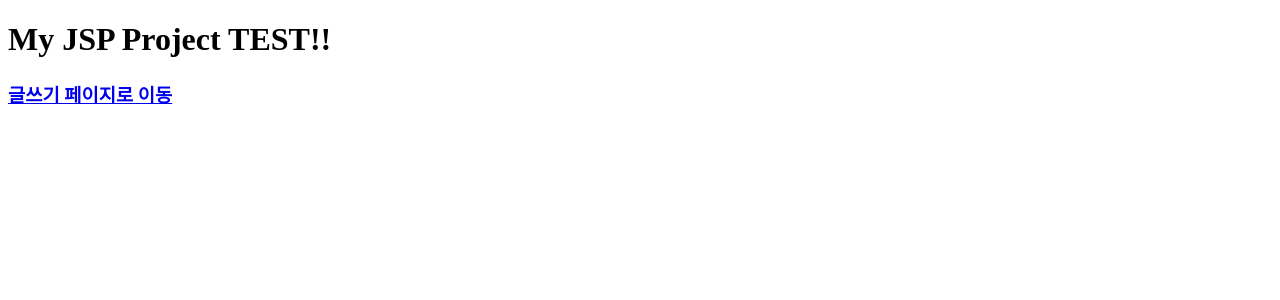
Repository: dlfhrrl12/jsptest
Page: http://localhost/jsp_study2/
The author's editor kept a copy of each file at every save. The page is drawn from the files as they stood at one save, then again after the next save.
The browser window is 1280 px wide. The pictures show the whole page.
The page is served by Tomcat 9.

Above is the page before, as saved 2024-04-16 06:49:21.

After the next save:
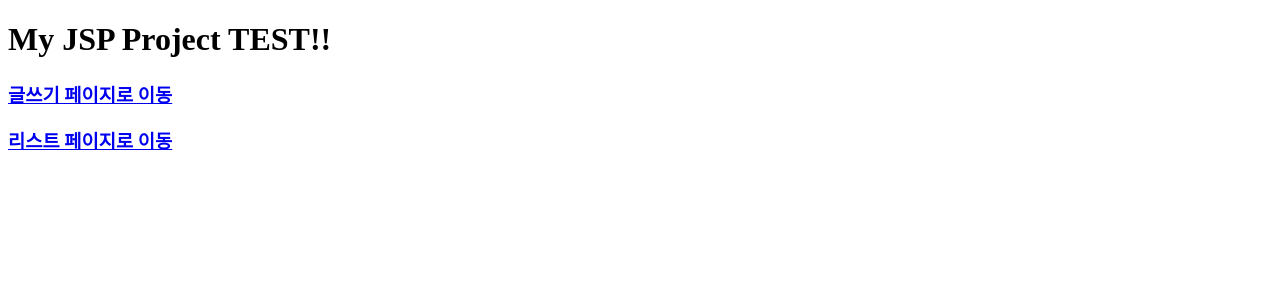
Saved 70 s later.
--- a/jsp_study2/src/main/webapp/index.jsp
+++ b/jsp_study2/src/main/webapp/index.jsp
@@ -9,5 +9,6 @@
 <body>
 	<h1>My JSP Project TEST!!</h1>
 	<h3><a href="/brd/register">글쓰기 페이지로 이동</a></h3>
+	<h3><a href="/brd/list">리스트 페이지로 이동</a></h3>
 </body>
 </html>
